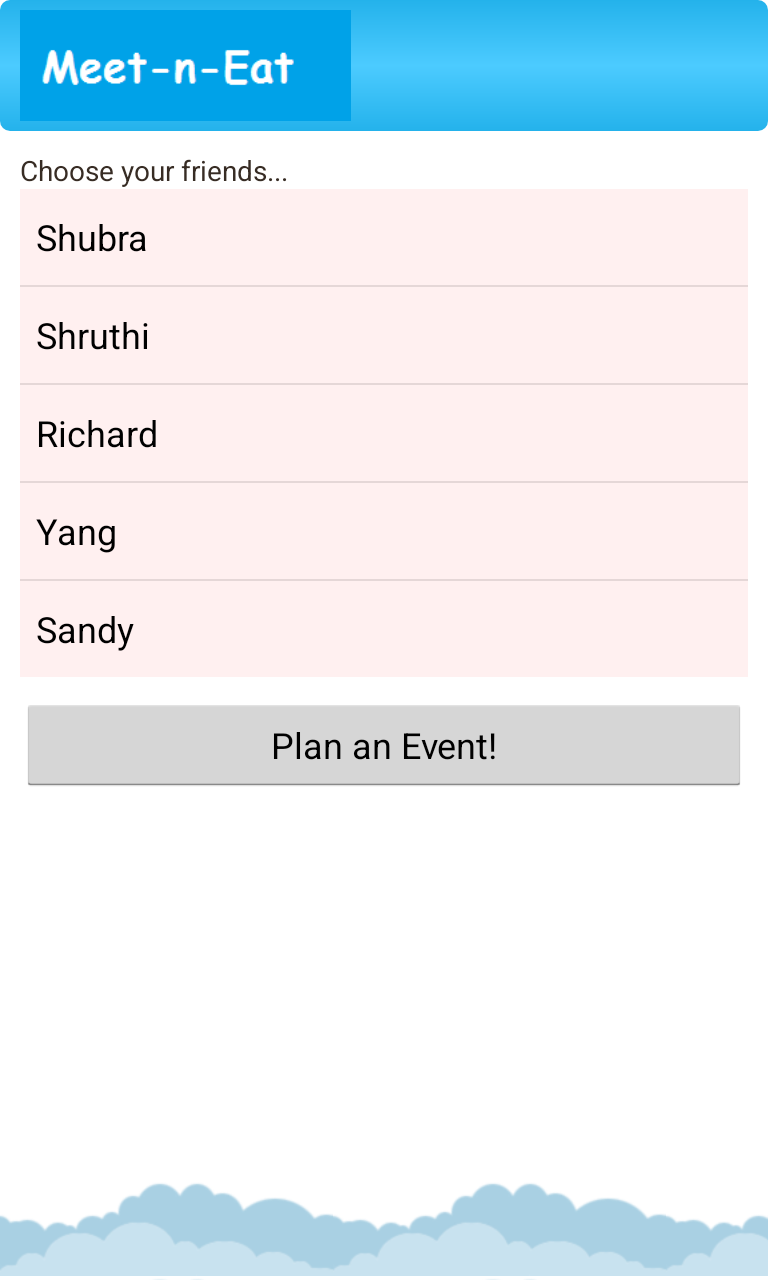
Repository: shubra-shetty/MasterProject
Layout: finalprojecttry1/finalproject_try1/res/layout/home.xml
These files come from the project's save history. The layout is drawn as it stood at one moment and after the next save; the edit follows.
It is drawn on a 768 x 1280 px phone screen (xhdpi) without system bars, with theme AppTheme; the app's code is not run. Lists and similar views that code fills are empty.

Above is the layout before, as saved 2014-11-23 23:32:48.

### finalprojecttry1/finalproject_try1/res/layout/home.xml
<?xml version="1.0" encoding="utf-8"?>
<ScrollView
  xmlns:android="http://schemas.android.com/apk/res/android"
  android:layout_width="fill_parent"
  android:layout_height="fill_parent"
  android:fillViewport="true">
  <RelativeLayout
  		android:layout_width="fill_parent"
  		android:layout_height="wrap_content" android:background="#ffffff">

  		<!--  Header  Starts-->
  		<LinearLayout android:id="@+id/header"
  				android:layout_width="fill_parent"
  				android:layout_height="wrap_content"
  				android:background="@layout/header_gradient"
  				android:paddingTop="5dip"
  				android:paddingBottom="5dip">
  				<!-- Logo Start-->
  				<ImageView android:src="@drawable/logo"
  							android:layout_width="wrap_content"
  							android:layout_height="wrap_content"
  							android:layout_marginLeft="10dip"/>
  				<!-- Logo Ends -->
  		</LinearLayout>
  		<!--  Header Ends -->
  		<!-- Footer Start -->
  		<LinearLayout android:id="@+id/footer"
  				android:layout_width="fill_parent"
  				android:layout_height="50dip"
  				android:background="@layout/footer_repeat"
  				android:orientation="horizontal"
  				android:layout_alignParentBottom="true">
  		</LinearLayout>
  		<!-- Footer Ends -->

  		<!-- Home Form -->
		<LinearLayout
		  android:orientation="vertical"
		  android:layout_width="match_parent"
		  android:layout_height="wrap_content"
		  android:padding="10dip"
		  android:layout_below="@id/header">
		  <!--  Welcome Label -->
		  <TextView android:layout_width="fill_parent"
		  		android:layout_height="wrap_content"
		  		android:textColor="#372c24"
		  		android:text="Choose your friends..."/>
		  <!--  Select your Friends -->
		   <!--  <Spinner
             android:id="@+id/spinnerfr"
             android:layout_width="match_parent"
             android:layout_height="wrap_content"
             android:entries="@array/friends_arrays"
             android:prompt="@string/friends_prompt" /> -->

		   <ListView android:id="@+id/friends"
        android:layout_width="match_parent"
        android:layout_height="match_parent"
        android:entries="@array/friends"
        android:drawSelectorOnTop="false"
        android:background="#0ff00000"/>

		  <!-- Plan an Event button -->
		  <Button android:id="@+id/btnPlan"
		  		android:layout_width="fill_parent"
		  		android:layout_height="wrap_content"
		  		android:layout_marginTop="10dip"
		  		android:text="Plan an Event!"/>


		</LinearLayout>
  		<!-- Home Form Ends -->

  </RelativeLayout>
</ScrollView>

### finalprojecttry1/finalproject_try1/res/layout/footer_repeat.xml
<?xml version="1.0" encoding="utf-8"?>
<bitmap xmlns:android="http://schemas.android.com/apk/res/android"
    android:src="@drawable/repeat_bg"
    android:tileMode="repeat" />

### finalprojecttry1/finalproject_try1/res/values/strings.xml
<?xml version="1.0" encoding="utf-8"?>
<resources>
    <string name="app_name">finalproject_try1</string>
  <string name="hello">Hello World, LoginActivity!</string>
    <string name="menu_settings">Settings</string>
    <string name="title_activity_main">Meet-n-Eat</string>

    <string name="cuisine_prompt">Choose a cuisine</string>

    <string-array name="cuisine_arrays">
        <item>American</item>
        <item>Mexican</item>
        <item>Chinese</item>
        <item>Italian</item>
        <item>Indian</item>
        <item>Thai</item>
    </string-array>

    <string name="friends_prompt">Choose your Friends</string>

    <string-array name="friends">
        <item>Shubra</item>
        <item>Shruthi</item>
        <item>Richard</item>
        <item>Yang</item>
        <item>Sandy</item>
    </string-array>

    <string name="type_prompt">Place to meet</string>

    <string-array name="type_arrays">
        <item>Restaurant</item>
        <item>Fast food</item>
        <item>Cafe</item>
        <item>Pizza</item>
        <item>Bakery</item>
        <item>Ice cream</item>
    </string-array>

</resources>

Loaded but not shown: finalprojecttry1/finalproject_try1/res/values/styles.xml (common file); finalprojecttry1/finalproject_try1/res/values-v11/styles.xml (common file); finalprojecttry1/finalproject_try1/res/values-v14/styles.xml (common file); finalprojecttry1/finalproject_try1/res/layout/header_gradient.xml (common file)

After the next save:
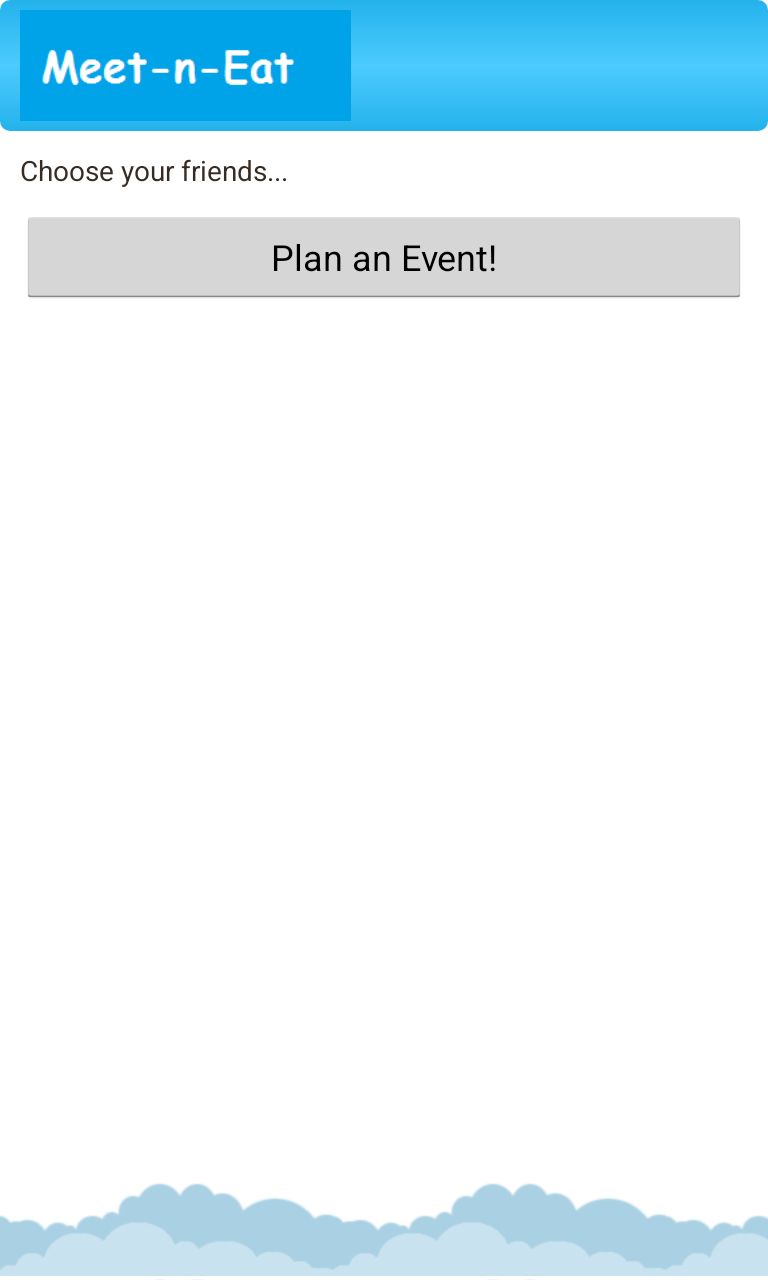
Saved 43 min 30 s later.
--- a/finalprojecttry1/finalproject_try1/res/layout/home.xml
+++ b/finalprojecttry1/finalproject_try1/res/layout/home.xml
@@ -56,7 +56,6 @@
 		   <ListView android:id="@+id/friends"
         android:layout_width="match_parent"
         android:layout_height="match_parent"
-        android:entries="@array/friends"
         android:drawSelectorOnTop="false"
         android:background="#0ff00000"/>
 

After the save that followed:
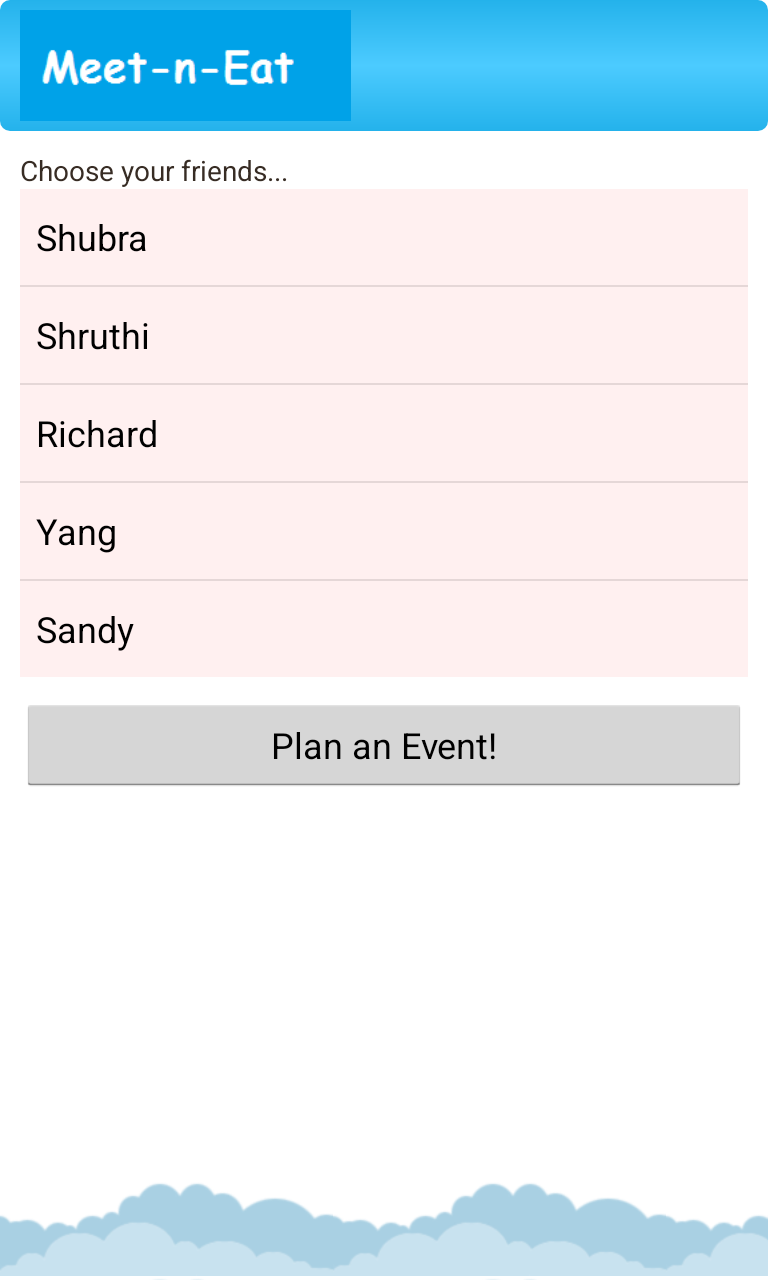
Saved 9 min 52 s later.
--- a/finalprojecttry1/finalproject_try1/res/layout/home.xml
+++ b/finalprojecttry1/finalproject_try1/res/layout/home.xml
@@ -56,6 +56,7 @@
 		   <ListView android:id="@+id/friends"
         android:layout_width="match_parent"
         android:layout_height="match_parent"
+      android:entries="@array/friends"
         android:drawSelectorOnTop="false"
         android:background="#0ff00000"/>
 
